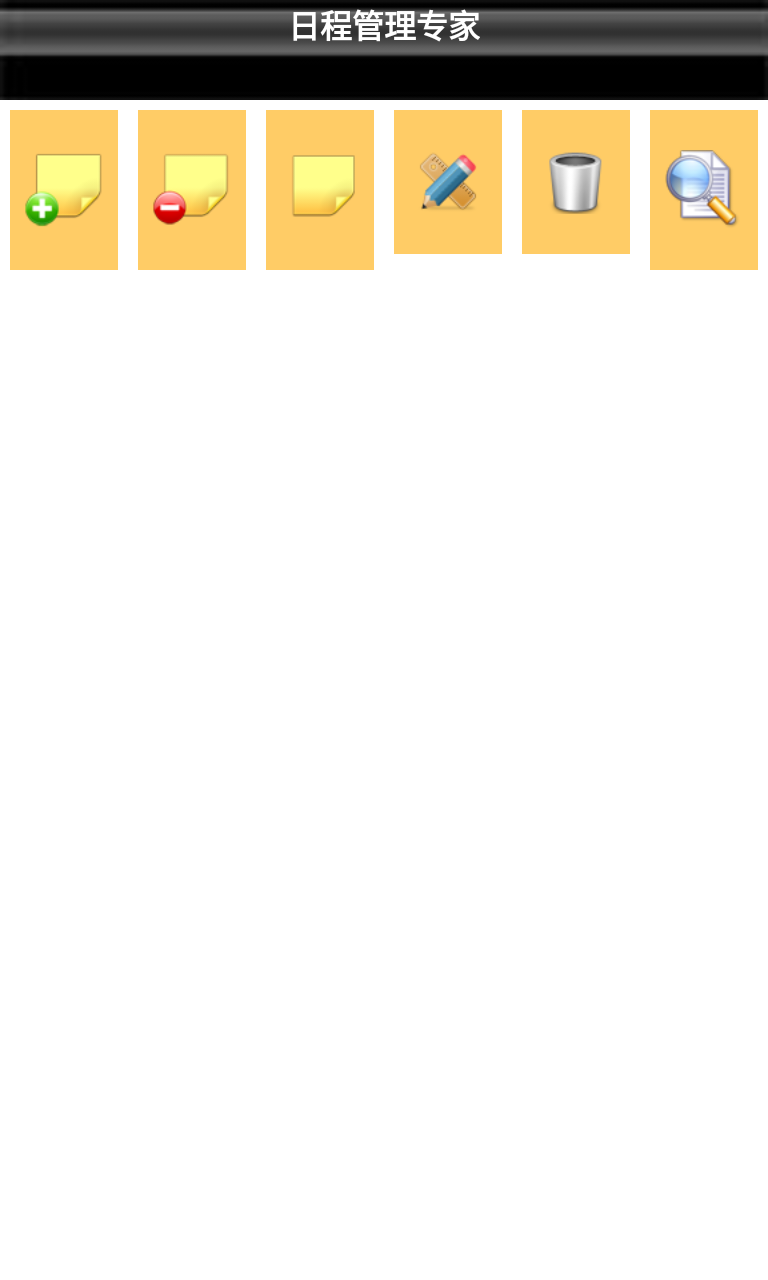
Repository: gogolaile/CoolWeather
Layout: DayDel/res/layout/activity_main.xml
An editor plug-in stored every save of this project. The layout is shown before and after the next save, followed by the edit.
It is drawn on a 768 x 1280 px phone screen (xhdpi) without system bars, with theme android:Theme.NoTitleBar.Fullscreen; the app's code is not run.

Above is the layout before, as saved 2015-12-04 09:37:42.

### DayDel/res/layout/activity_main.xml
<LinearLayout xmlns:android="http://schemas.android.com/apk/res/android"
    android:layout_width="match_parent"
    android:layout_height="match_parent"
    android:background="#FFFF"
    android:orientation="vertical">

    <FrameLayout
        android:layout_width="match_parent"
        android:layout_height="50dp"
        android:background="@drawable/title">
    <TextView
        android:layout_width="wrap_content"
        android:layout_height="wrap_content"
        android:text="@string/day_manager"
        android:textSize="16sp"
        android:textColor="#FFFF"
        android:textStyle="bold"
        android:layout_gravity="center_horizontal"
        />
     </FrameLayout>
     <LinearLayout
         android:layout_width="match_parent"
         android:layout_height="wrap_content"
         android:orientation="horizontal">
         <ImageButton
             android:id = "@+id/newone_b"
             android:layout_width="0dp"
             android:layout_height="wrap_content"
             android:layout_weight="1"
             android:layout_margin="5dp"
             android:padding="20dp"
             android:background="#FFCC66"
             android:src="@drawable/newone"/>
          <ImageButton
             android:id = "@+id/delete_b"
             android:layout_width="0dp"
             android:layout_height="wrap_content"
             android:layout_weight="1"
             android:layout_margin="5dp"
             android:padding="20dp"
             android:background="#FFCC66"
             android:src="@drawable/delete"/>
           <ImageButton
             android:id = "@+id/check_b"
             android:layout_width="0dp"
             android:layout_height="wrap_content"
             android:layout_weight="1"
             android:layout_margin="5dp"
             android:padding="20dp"
             android:background="#FFCC66"
             android:src="@drawable/check"/>
            <ImageButton
             android:id = "@+id/edit_b"
             android:layout_width="0dp"
             android:layout_height="wrap_content"
             android:layout_weight="1"
             android:layout_margin="5dp"
             android:padding="20dp"
             android:background="#FFCC66"
             android:src="@drawable/edit"/>
           <ImageButton
             android:id = "@+id/deleteall_b"
             android:layout_width="0dp"
             android:layout_height="wrap_content"
             android:layout_weight="1"
             android:layout_margin="5dp"
             android:padding="20dp"
             android:background="#FFCC66"
             android:src="@drawable/deleteall"/>
           <ImageButton
             android:id = "@+id/search_b"
             android:layout_width="0dp"
             android:layout_height="wrap_content"
             android:layout_weight="1"
             android:layout_margin="5dp"
             android:padding="20dp"
             android:background="#FFCC66"
             android:src="@drawable/search"/>
     </LinearLayout>
</LinearLayout>

### DayDel/res/values/strings.xml
<?xml version="1.0" encoding="utf-8"?>
<resources>

    <string name="app_name">DayDel</string>
    <string name="hello_world">Hello world!</string>
    <string name="action_settings">Settings</string>
    <string name="day_manager">日程管理专家</string>

</resources>

After the next save:
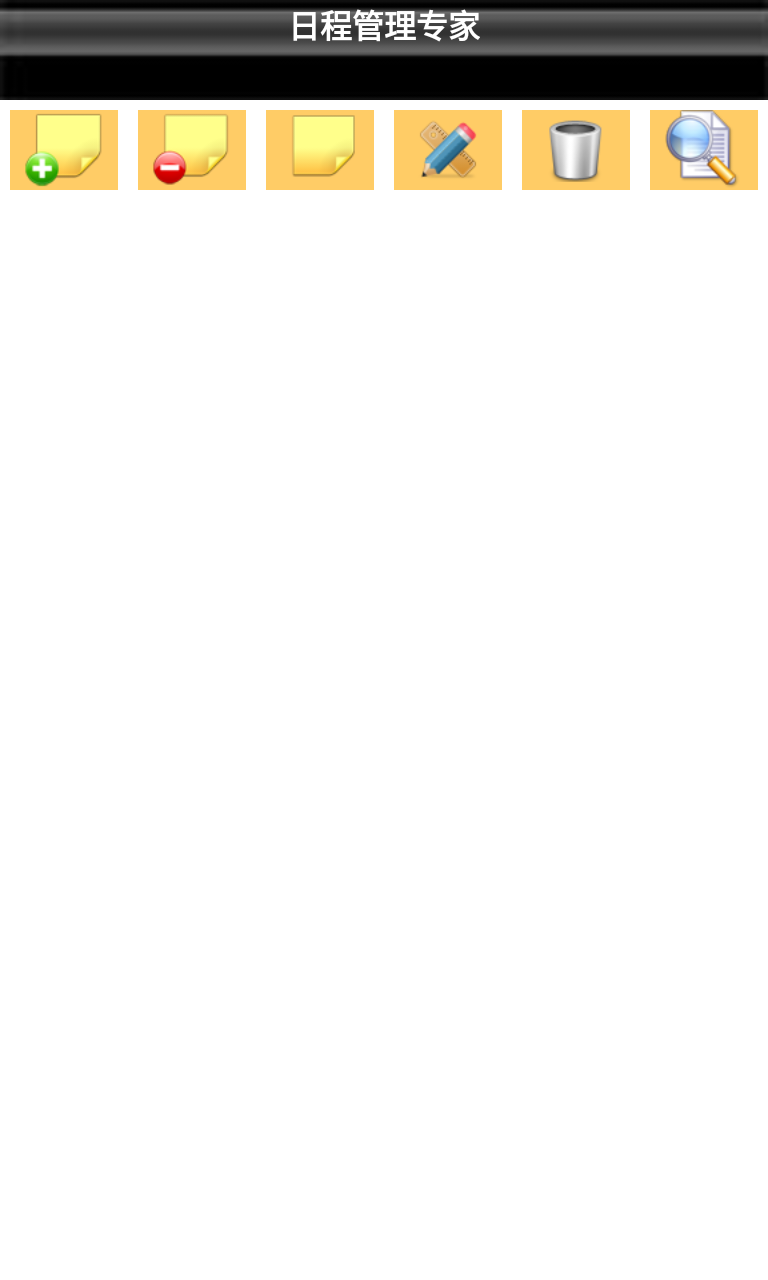
Saved 2 min 42 s later.
--- a/DayDel/res/layout/activity_main.xml
+++ b/DayDel/res/layout/activity_main.xml
@@ -25,7 +25,7 @@
          <ImageButton
              android:id = "@+id/newone_b"
              android:layout_width="0dp"
-             android:layout_height="wrap_content"
+             android:layout_height="40dp"
              android:layout_weight="1"
              android:layout_margin="5dp"
              android:padding="20dp"
@@ -34,7 +34,7 @@
           <ImageButton
              android:id = "@+id/delete_b"
              android:layout_width="0dp"
-             android:layout_height="wrap_content"
+             android:layout_height="40dp"
              android:layout_weight="1"
              android:layout_margin="5dp"
              android:padding="20dp"
@@ -43,7 +43,7 @@
            <ImageButton
              android:id = "@+id/check_b"
              android:layout_width="0dp"
-             android:layout_height="wrap_content"
+             android:layout_height="40dp"
              android:layout_weight="1"
              android:layout_margin="5dp"
              android:padding="20dp"
@@ -52,7 +52,7 @@
             <ImageButton
              android:id = "@+id/edit_b"
              android:layout_width="0dp"
-             android:layout_height="wrap_content"
+             android:layout_height="40dp"
              android:layout_weight="1"
              android:layout_margin="5dp"
              android:padding="20dp"
@@ -61,7 +61,7 @@
            <ImageButton
              android:id = "@+id/deleteall_b"
              android:layout_width="0dp"
-             android:layout_height="wrap_content"
+             android:layout_height="40dp"
              android:layout_weight="1"
              android:layout_margin="5dp"
              android:padding="20dp"
@@ -70,7 +70,7 @@
            <ImageButton
              android:id = "@+id/search_b"
              android:layout_width="0dp"
-             android:layout_height="wrap_content"
+             android:layout_height="40dp"
              android:layout_weight="1"
              android:layout_margin="5dp"
              android:padding="20dp"
